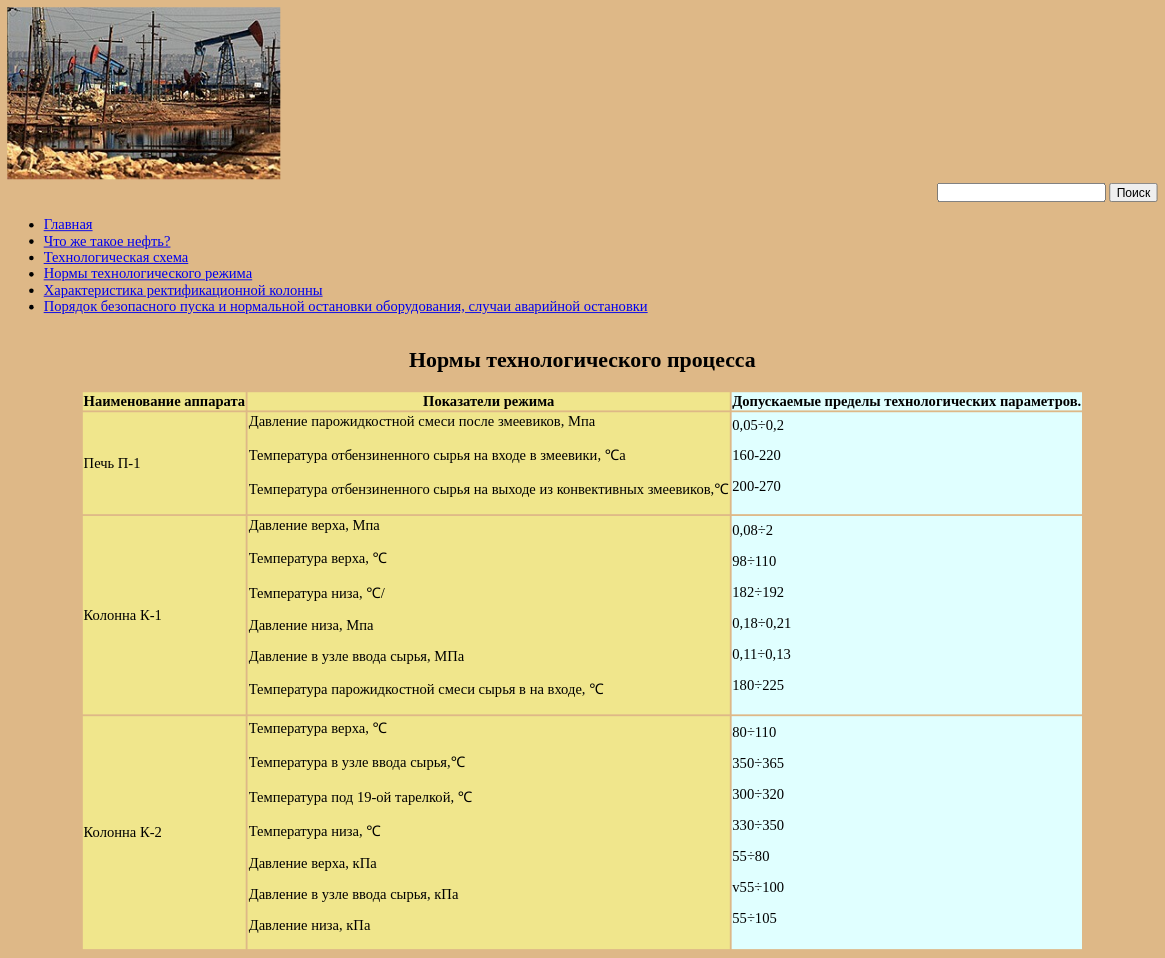
Repository: NastyaSeleznev/NastyaSeleznev.githab.io
Page: week1/norm.html
The author's editor kept a record of every edit. The page is drawn from the files as they stood at one moment, then again after the next edit.
The browser window is 1280 px wide. The pictures show the whole page, at 91% of full size.

Above is the page before.

### week1/norm.html
<!doctype html>
	<html>
		<head>
			<meta charset="utf-8">
			<link href="style.css" rel="stylesheet">
		<title>Нормы технологического процесса</title>
		</head>
		<body>
			<header>
		<img src="dobycha-nefti.jpg">
		<form action="https://www.google.com/search" method="get" align="right">
  <input type="Искать здесь..." name="search">
  <input type="submit" value="Поиск">
</form>
<div id="flex"
			<nav>
					<ul>
	<li><a href="index.html">Главная</a></li>
	<li><a href="nevti.html">Что же такое нефть?</a></li>
	<li><a href="sxem.html">Технологическая схема</a></li>
	<li><a href="norm.html">Нормы технологического режима</a></li>
	<li><a href="harakter.html">Характеристика ректификационной колонны</a></li>
	<li><a href="por.html">Порядок безопасного пуска и нормальной остановки оборудования, случаи аварийной остановки</a></li>
	</ul>
	</nav>

			</header>
				<h2 align="center">Нормы технологического процесса</h2>
				<main>
				  <table align="center">
				  <colgroup>
    <col span="2" style="background:Khaki">
    <col style="background-color:LightCyan">
</colgroup>
  <tr>
    <th>Наименование аппарата</th>
    <th>Показатели режима</th>
    <th>Допускаемые пределы технологических параметров.</th>
  </tr>
  <tr>
    <td>Печь П-1</td>
    <td>Давление парожидкостной смеси после змеевиков, Мпа
   <p> Температура отбензиненного сырья на
входе в  змеевики, ℃а
<p> Температура отбензиненного сырья
на выходе из конвективных змеевиков,℃<p></td>
    <td>0,05÷0,2
    <p>160-220<p>
      <p>200-270</td>
  </tr>
  <tr>
    <td>Колонна К-1</td>
    <td>Давление верха, Мпа
<p>Температура верха, ℃</p>
<p>Температура низа, ℃/<p>
<p>Давление низа, Мпа</p>
<p>Давление в узле ввода сырья, МПа</p>
<p>Температура парожидкостной смеси сырья в на входе, ℃</p>
</td>
    <td>0,08÷2</p>
<p>98÷110</p>
<p>182÷192</p>
<p>0,18÷0,21</p>
<p>0,11÷0,13</p>
<p>180÷225</p>
 </tr>
  <tr>
    <td>Колонна К-2</td>
    <td>Температура верха, ℃
<p>Температура в узле ввода сырья,℃</p>
<p>Температура под 19-ой тарелкой, ℃</p>
<p>Температура низа, ℃</p>
<p>Давление верха, кПа</p>
<p>Давление в узле ввода сырья, кПа</p>
<p>Давление низа, кПа</p>
</td>
    <td>80÷110
<p>350÷365</p>
<p>300÷320</p>
<p>330÷350</p>
<p>55÷80</p>
v55÷100</p>
<p>55÷105</p>
</td>
  </tr>
</table>
	</main>
			</div>
		</body>
	</html>
	<main>

### week1/style.css
body {
  background-color: #DEB887;
}
#flex {
  display: flex;
  flex-direction: row;
  justify-content: flex-start;
}

nav {
     background-color: #DA70D6;
}

After the next edit:
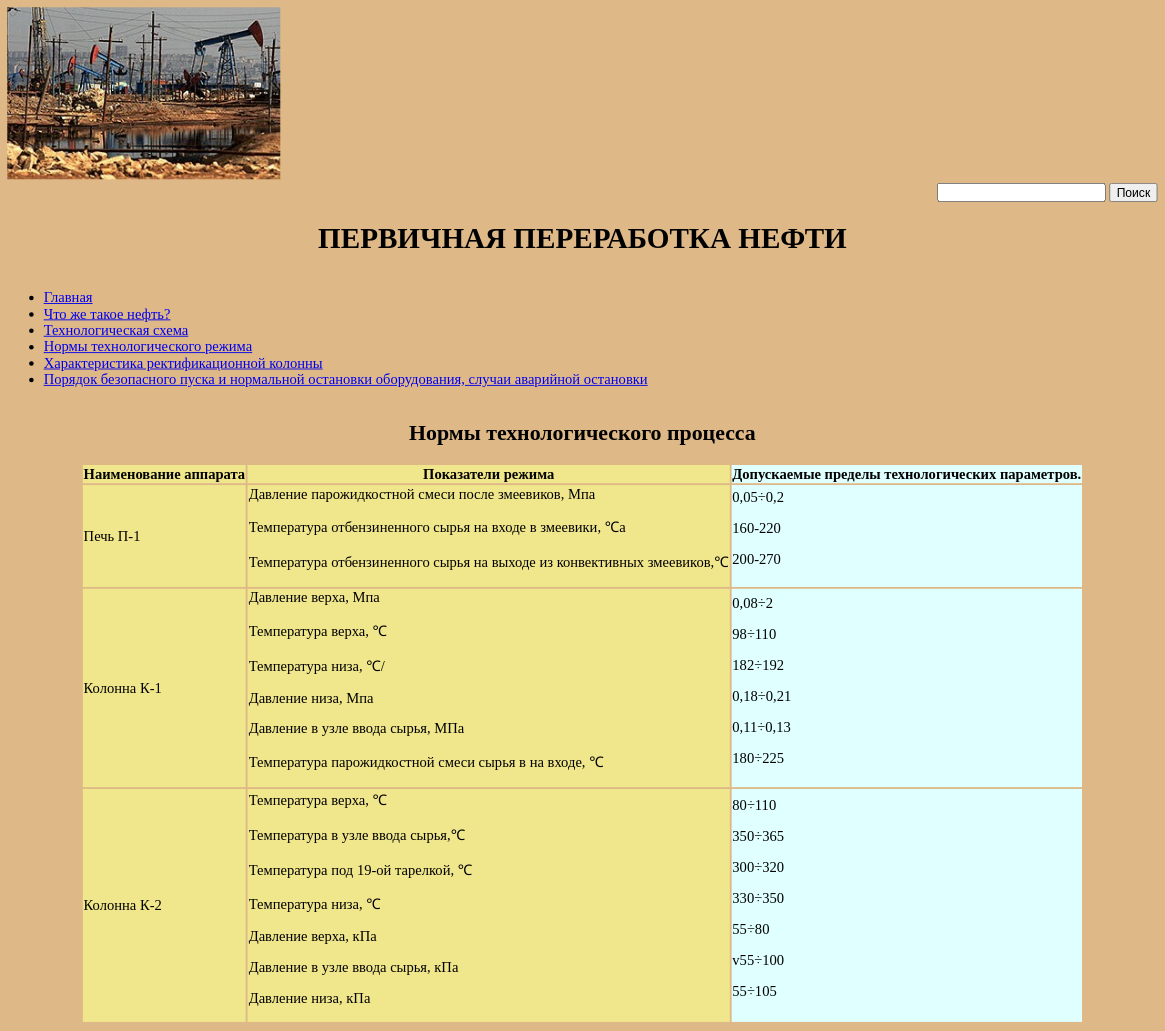
The edit:
--- a/week1/norm.html
+++ b/week1/norm.html
@@ -12,6 +12,7 @@
   <input type="Искать здесь..." name="search">
   <input type="submit" value="Поиск">
 </form>
+<h1 align="center">ПЕРВИЧНАЯ ПЕРЕРАБОТКА НЕФТИ</h1>
 <div id="flex"
 			<nav>
 					<ul>
